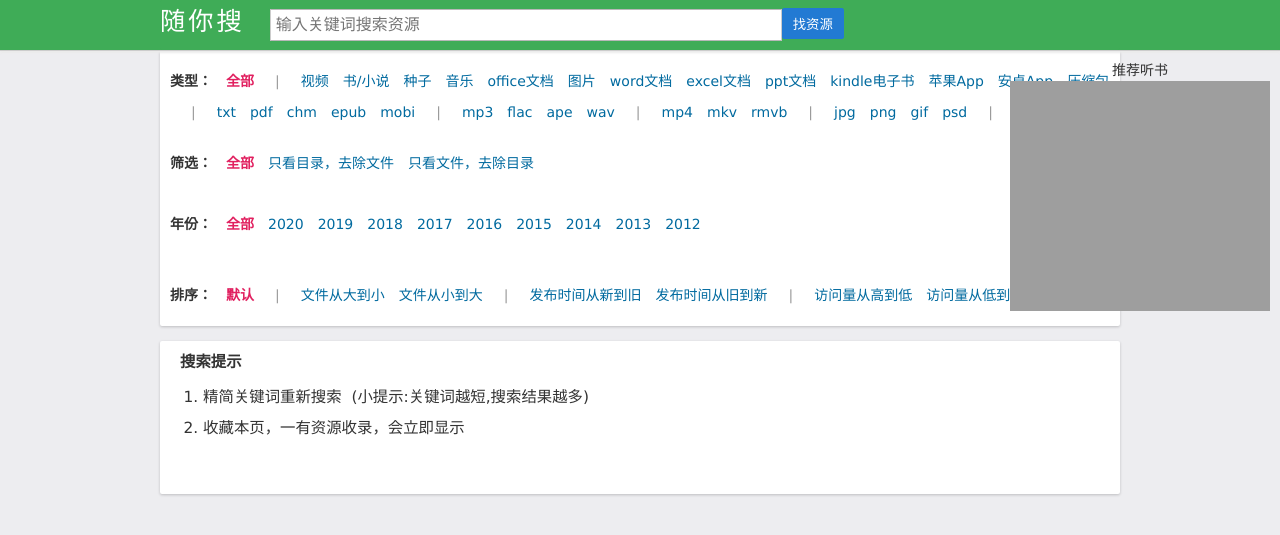
Repository: youngsailsail/nodeStudy
Page: / (app in 爬虫/前端vue/search-book/)
An editor plug-in stored every save of this project. The page is shown before and after the next save, followed by the edit.
The browser window is 1280 px wide. The pictures show the whole page.
Pictures or frames that could not be fetched are drawn as grey boxes. The project was rebuilt for these pictures with package versions that can differ from the ones it lists, and the page was loaded fresh each time. Also part of the build but not shown: 爬虫/前端vue/search-book/vue.config.js.

Above is the page before, as saved 2020-05-09 22:48:30.

### 爬虫/前端vue/search-book/src/App.vue
<template>
  <div id="app">
    <Search />
    <FilterBook />
    <List />
  </div>
</template>

<script>
import Search from "./components/Search.vue";
import FilterBook from "./components/FilterBook.vue";
import List from "./components/List.vue";

export default {
  name: "App",
  components: {
    Search,
    FilterBook,
    List
  }
};
</script>

<style>
@import "./assets/css/screen.css";
@import "./assets/css/app.css";
</style>

### 爬虫/前端vue/search-book/src/assets/css/screen.css
/* reset.css */
html {margin:0;padding:0;border:0;}
body, div, span, object, iframe, h1, h2, h3, h4, h5, h6, p, blockquote, pre, a, abbr, acronym, address, code, del, dfn, em, img, q, dl, dt, dd, ol, ul, li, fieldset, form, label, legend, table, caption, tbody, tfoot, thead, tr, th, td, article, aside, dialog, figure, footer, header, hgroup, nav, section {margin:0;padding:0;border:0;font-size:100%;font:inherit;vertical-align:baseline;}
body {line-height:1.5;background:white;}
table {border-collapse:separate;border-spacing:0;}
caption, th, td {text-align:left;font-weight:normal;float:none !important;}
table, th, td {vertical-align:middle;}
blockquote:before, blockquote:after, q:before, q:after {content:'';}
blockquote, q {quotes:"" "";}
a img {border:none;}
:focus {outline:0;}

/* typography.css */
html {font-size:100.01%;}
body {font-size:75%;color:#222;background:#fff;font-family:"Helvetica Neue", Arial, Helvetica, sans-serif;}
a {color:#336699;text-decoration:none;}
a:focus, a:hover {color:#fff;background-color:#336699;}
h1, h2, h3, h4, h5, h6 {font-weight:normal;color:#111;}
h1 {font-size:3em;line-height:1;margin-bottom:0.5em;}
h2 {font-size:2em;margin-bottom:0.75em;}
h3 {font-size:1.5em;line-height:1;margin-bottom:1em;}
h4 {font-size:1.2em;line-height:1.25;margin-bottom:1.25em;}
h5 {font-size:1em;font-weight:bold;margin-bottom:1.5em;}
h6 {font-size:1em;font-weight:bold;}
h1 img, h2 img, h3 img, h4 img, h5 img, h6 img {margin:0;}
p {margin:0 0 1.5em;}
p .left {margin:1.5em 1.5em 1.5em 0;padding:0;}
p .right {margin:1.5em 0 1.5em 1.5em;padding:0;}
img.left {float:left;margin:1.5em 1.5em 1.5em 0;padding:0;}
img.right {float:right;margin:1.5em 0 1.5em 1.5em;}
blockquote {margin:1.5em;color:#666;font-style:italic;}
strong,dfn {font-weight:bold;}
em, dfn {font-style:italic;}
sup, sub {line-height:0;}
abbr, acronym {border-bottom:1px dotted #666;}
address {margin:0 0 1.5em;font-style:italic;}
del {color:#666;}
pre {margin:1.5em 0;white-space:pre;}
pre, code, tt {font:1em 'andale mono', 'lucida console', monospace;line-height:1.5;}
li ul, li ol {margin:0;}
ul, ol {margin:0;}
ul {list-style-type:disc;}
ol {list-style-type:decimal;}
dl {margin:0 0 1.5em 0;}
dl dt {font-weight:bold;}
dd {margin-left:1.5em;}
table {width:100%;}
th {font-weight:bold;}
thead th {background:#c3d9ff;}
th, td, caption {padding:4px 10px 4px 5px;}
tr.even td {background:#e5ecf9;}
tfoot {font-style:italic;}
caption {background:#eee;}

/* forms.css */
label {font-weight:bold;}
fieldset {padding:0 1.4em 1.4em 1.4em;margin:0 0 1.5em 0;border:1px solid #e0e0e0;}
legend {font-weight:bold;font-size:1.2em;margin-top:-0.2em;margin-bottom:1em;}
fieldset, #IE8#HACK {padding-top:1.4em;}
legend, #IE8#HACK {margin-top:0;margin-bottom:0;}
input[type=text], input[type=password], input[type=url], input[type=email], input.text, input.title, textarea {background-color:#fff;border:1px solid #e0e0e0;color:#000;}
input[type=text]:focus, input[type=password]:focus, input[type=url]:focus, input[type=email]:focus, input.text:focus, input.title:focus, textarea:focus {border-color:#7FB9F8;}
select {background-color:#fff;border-width:1px;border-style:solid;}
input[type=text], input[type=password], input[type=url], input[type=email], input.text, input.title, textarea, select {margin:0.5em 0;}
textarea.text, textarea.title input.text, input.title {width:300px;padding:5px;}
textarea.title, input.title {font-size:1.5em;}
textarea {width:390px;height:250px;padding:5px;}
form.inline {line-height:3;}
form.inline p {margin-bottom:0;}

/* grid.css */
.container {width:990px;margin:0 auto;}
.column, div.span-1, div.span-2, div.span-3, div.span-4, div.span-5, div.span-6, div.span-7, div.span-8, div.span-9, div.span-10, div.span-11, div.span-12, div.span-13, div.span-14, div.span-15, div.span-16, div.span-17, div.span-18, div.span-19, div.span-20, div.span-21, div.span-22, div.span-23, div.span-24 {float:left;}
.last, div.last {margin:0 0 0 10px;}
.span-1 {width:50px;}
.span-2 {width:90px;}
.span-3 {width:130px;}
.span-4 {width:185px;}
.span-5 {width:210px;}
.span-6 {width:260px;}
.span-7 {width:290px;}
.span-8 {width:330px;}
.span-9 {width:370px;}
.span-10 {width:410px;}
.span-11 {width:435px;}
.span-12 {width:480px;}
.span-13 {width:515px;}
.span-14 {width:555px;}
.span-15 {width:595px;}
.span-16 {width:635px;}
.span-17 {width:675px;}
.span-18 {width:720px;}
.span-19 {width:770px;}
.span-20 {width:795px;}
.span-21 {width:835px;}
.span-22 {width:875px;}
.span-23 {width:915px;}
.span-24, div.span-24 {width:990px;margin:0;}
hr {background:#ddd;color:#ddd;clear:both;float:none;width:100%;height:.1em;margin:0 0 1.45em;border:none;}
hr.space {background:#fff;color:#fff;}
.container:after {content:"\0020";display:block;height:0;clear:both;visibility:hidden;overflow:hidden;}
.container {display:block;}

### 爬虫/前端vue/search-book/src/components/Search.vue
<template>
  <div class="top-fix-nav">
    <div class="container no-c-border">
      <span class="name">
        <a href="http://www.rufengso.net/">随你搜</a>
      </span>
      <form style="display:inline" @submit.prevent="submit">
        <input
          placeholder="输入关键词搜索资源"
          autocomplete="off"
          maxlength="255"
          type="text"
          class="title"
          name="n"
          v-model="searchTxt"
        />
        <input type="submit" class="s_btn" value="找资源" />
        <!-- <input type="checkbox" id="close_sug" class="sep-left1" checked="checked" />
        <span class="white small2">关闭搜索提示</span>-->
      </form>
    </div>
  </div>
</template>
<script>
import { mapActions } from "vuex";
export default {
  data() {
    return {
      searchTxt: ""
    };
  },
  methods: {
    ...mapActions(["getListData"]),
    submit(e) {
      if (!this.searchTxt) {
        alert("请先输入资源名称");
        return;
      }
      const query = {
        n: this.searchTxt,
        isSearch: true
      };
      this.getListData(query);
    }
  }
};
</script>

### 爬虫/前端vue/search-book/src/components/FilterBook.vue
<template>
  <div class="container sep15-">
    <div class="iframe">
      <div class="recommend">推荐听书</div>
      <iframe height="230" width="260" src="https://www.ximalaya.com/thirdparty/player/album/player.html?id=34013148&type=red" frameborder=0 allowfullscreen></iframe>
    </div>
    <div class="search-toolbox">
      <div class="sep sep1">
        <b>类型：</b>
        <a class="on sep1 isAll" rel="nofollow" data="f-">全部</a>
        <span class="sep">|</span>
        <a rel="nofollow" data="f-f4" title="搜索文件类型：mp4 mkv rmvb avi flv vob mpg">视频</a>
        <a rel="nofollow" data="f-f2" title="搜索文件类型：txt pdf chm rtf epub mobi azw azw3 kfx">书/小说</a>
        <a rel="nofollow" data="f-f5" title="搜索文件类型：torrent">种子</a>
        <a rel="nofollow" data="f-f3" title="搜索文件类型：mp3 flac ape wav">音乐</a>
        <a rel="nofollow" data="f-f1" title="搜索文件类型：doc docx xls xlsx ppt pptx wps">office文档</a>
        <a rel="nofollow" data="f-f6" title="搜索文件类型：jpg jpeg png gif bmp">图片</a>
        <a rel="nofollow" data="f-f7" title="搜索文件类型：doc docx">word文档</a>
        <a rel="nofollow" data="f-f8" title="搜索文件类型：xls xlsx">excel文档</a>
        <a rel="nofollow" data="f-f9" title="搜索文件类型：ppt pptx">ppt文档</a>
        <a rel="nofollow" data="f-f10" title="搜索文件类型：mobi azw azw3 kfx">kindle电子书</a>
        <a rel="nofollow" data="f-f11" title="搜索文件类型：ipa">苹果App</a>
        <a rel="nofollow" data="f-f12" title="搜索文件类型：apk">安卓App</a>
        <a rel="nofollow" data="f-f13" title="搜索文件类型：zip rar 7z gzip tar gz bz2">压缩包</a>
        <span class="sep">|</span>
        <a rel="nofollow" data="f-txt">txt</a>
        <a rel="nofollow" data="f-pdf">pdf</a>
        <a rel="nofollow" data="f-chm">chm</a>
        <a rel="nofollow" data="f-epub">epub</a>
        <a rel="nofollow" data="f-mobi">mobi</a>
        <span class="sep">|</span>
        <a rel="nofollow" data="f-mp3">mp3</a>
        <a rel="nofollow" data="f-flac">flac</a>
        <a rel="nofollow" data="f-ape">ape</a>
        <a rel="nofollow" data="f-wav">wav</a>
        <span class="sep">|</span>
        <a rel="nofollow" data="f-mp4">mp4</a>
        <a rel="nofollow" data="f-mkv">mkv</a>
        <a rel="nofollow" data="f-rmvb">rmvb</a>
        <span class="sep">|</span>
        <a rel="nofollow" data="f-jpg">jpg</a>
        <a rel="nofollow" data="f-png">png</a>
        <a rel="nofollow" data="f-gif">gif</a>
        <a rel="nofollow" data="f-psd">psd</a>
        <span class="sep">|</span>
        <a rel="nofollow" data="f-rar">rar</a>
        <a rel="nofollow" data="f-zip">zip</a>
        <a rel="nofollow" data="f-7z">7z</a>
      </div>
      <div class="sep sep2">
        <b>筛选：</b>
        <a class="on sep2 isAll" rel="nofollow" data="nd-">全部</a>
        <a rel="nofollow" data="nd-d">只看目录，去除文件</a>
        <a rel="nofollow" data="nd-f">只看文件，去除目录</a>
      </div>
      <div class="sep sep3">
        <b>年份：</b>
        <a class="on sep3 isAll" rel="nofollow" data="y-" title="只看全部年分享的资源">全部</a>
        <a rel="nofollow" data="y-2020" title="只看2020年分享的资源">2020</a>
        <a rel="nofollow" data="y-2019" title="只看2019年分享的资源">2019</a>
        <a rel="nofollow" data="y-2018" title="只看2018年分享的资源">2018</a>
        <a rel="nofollow" data="y-2017" title="只看2017年分享的资源">2017</a>
        <a rel="nofollow" data="y-2016" title="只看2016年分享的资源">2016</a>
        <a rel="nofollow" data="y-2015" title="只看2015年分享的资源">2015</a>
        <a rel="nofollow" data="y-2014" title="只看2014年分享的资源">2014</a>
        <a rel="nofollow" data="y-2013" title="只看2013年分享的资源">2013</a>
        <a rel="nofollow" data="y-2012" title="只看2012年分享的资源">2012</a>
      </div>
      <div class="sep sep4">
        <b>排序：</b>
        <a class="on sep4 isAll" rel="nofollow" data="s-" isAll>默认</a>
        <span class="sep">|</span>
        <a rel="nofollow" data="s-size1">文件从大到小</a>
        <a rel="nofollow" data="s-size2">文件从小到大</a>
        <span class="sep">|</span>
        <a rel="nofollow" data="s-feedtime1">发布时间从新到旧</a>
        <a rel="nofollow" data="s-feedtime2">发布时间从旧到新</a>
        <span class="sep">|</span>
        <a rel="nofollow" data="s-vcnt1">访问量从高到低</a>
        <a rel="nofollow" data="s-vcnt2">访问量从低到高</a>
      </div>
    </div>
  </div>
</template>
<script>
import { mapState, mapActions, mapMutations } from "vuex";
export default {
  data() {
    return {
      queryObj: {}
    };
  },
  computed: {
    ...mapState(["listData"])
  },
  mounted() {
    let that = this;
    document.querySelectorAll(".search-toolbox a").forEach(element => {
      element.addEventListener("click", function() {
        let parentClass = this.parentNode.classList[1];
        let selectClass = `.on.${parentClass}`;
        if (document.querySelector(selectClass)) {
          document
            .querySelector(selectClass)
            .classList.remove("on", parentClass);
        }
        this.classList.add("on", parentClass);
        let [key, val] = this.getAttribute("data").split("-");
        that.queryObj = {
          ...that.queryObj,
          [key]: val
        };
        that.getData();
      });
    });
  },
  watch: {
    listData(newVal, oldVal) {
      if (!newVal) return;
      const { isSearch } = newVal;
      if (isSearch) {
        this.queryObj = {};
        this.setQueryObj({});
        this.$forceUpdate();
        document.querySelectorAll("a.on").forEach(element => {
          let parentClass = element.parentNode.classList[1];
          element.classList.remove("on", parentClass);
        });
        document.querySelectorAll("a.isAll").forEach(element => {
          let parentClass = element.parentNode.classList[1];
          element.classList.add("on", parentClass);
        });
      }
    }
  },
  methods: {
    ...mapActions(["getListData"]),
    ...mapMutations(["setQueryObj"]),
    getData() {
      let query = {
        n: this.listData.bookName,
        isFilter: true,
        ...this.queryObj
      };
      this.setQueryObj(query);
      if (!this.listData.bookName) return;
      this.getListData(query);
    }
  }
};
</script>
<style lang="scss" scoped>
.container {
  position: relative;
}
.iframe {
  position: fixed;
  right: 10px;
  top: 60px;
  text-align: center;
}
.container {
  padding-top: 51px;
}
.search-toolbox a {
  cursor: pointer;
  text-decoration: none;
}
</style>

### 爬虫/前端vue/search-book/src/components/List.vue
<template>
  <div class="container" v-if="listData">
    <div class="search-page">
      <div v-if="listData.bookName">
        随你搜为您找到
        <h1 class="inline">
          <span class="red sep-both05 bold">{{listData.bookName}}</span>相关的网盘资源
        </h1>
        <span class="red sep-both05 bold">{{listData.count}}</span>条
      </div>
      <div class="row" style="background-color: white;" v-for="(item,index) in listData.list" :key="index">
        <h3>
          <a @click="toDetail(item)" :title="item.title" @click.prevent="getSource(item)" class="box-title">
            <span class="highlight">{{item.title}}</span>
          </a>
        </h3>
        <p>
          <img :title="item.type" width="16" height="16" :src="item.src" />&nbsp;&nbsp;
          <span class="size">{{item.size}}</span>
          <span class="small">由{{item.author}} &nbsp; ---- &nbsp;于{{item.date}}发布</span>
        </p>
      </div>
      <div class="page-list" v-if="listData.bookName && listData.count">
        <button title="上一页" :disabled="currentPage==1" @click.prevent="toGetData(currentPage-1)">上一页</button>
        <span class="current">&nbsp;&nbsp;第{{currentPage}}页&nbsp;&nbsp;</span>
        <button title="下一页" :disabled="currentPage==pageCount" @click.prevent="toGetData(currentPage+1)">下一页</button>&nbsp;
        <a v-show="pageCount>1&&currentPage<pageCount" title="尾页" @click.prevent="toGetData(pageCount)">尾页</a>
        <a v-show="pageCount>1&&currentPage==pageCount" title="首页" @click.prevent="toGetData(1)">首页</a>
        <br />跳页&nbsp;
        <input name="custompage" class="custompage" title="输入页码，按回车快速跳转" type="number" v-model.trim="size" @keydown.enter="toGetData(size)" :max="pageCount" :min="1" /> &nbsp;/{{pageCount}}页&nbsp;&nbsp;
        <span class="pcount">共{{pageCount}}页&nbsp;&nbsp;</span>
        <span class="total">{{listData.count}}项&nbsp;&nbsp;</span>&nbsp;&nbsp;
        <span v-if="size>pageCount" class="highlight">输入值最大为{{pageCount}}</span>
      </div>
      <div class="search-page" v-else>
        <div class="sep large" style="padding-top:10px">
          <b>搜索提示</b>
          <ol>
            <li>精简关键词重新搜索&nbsp;&nbsp;(小提示:关键词越短,搜索结果越多)</li>
            <li>收藏本页，一有资源收录，会立即显示</li>
          </ol>
        </div>
        <br class="bothall" />
      </div>
    </div>
    <div style="margin-top:30px"></div>
  </div>
</template>
<script>
import { mapState, mapActions } from "vuex";
export default {
  data() {
    return {
      currentPage: 1,
      size: 1,
      source: null
    };
  },
  computed: {
    ...mapState(["listData", "queryObj"]),
    pageCount() {
      return Math.ceil(this.listData.count / 30);
    }
  },
  methods: {
    ...mapActions(["getListData"]),
    toGetData(index) {
      if (index > this.pageCount) {
        return;
      }
      this.currentPage = index;
      if (!this.listData.bookName) return;
      const query = {
        ...this.queryObj,
        n: this.listData.bookName,
        pageIndex: index,
        isFilter: false
      };
      this.getListData(query);
    },
    async toDetail(item) {
      let { url } = await this.$api.get("/getBookUrl", {
        params: {
          href: item.href
        }
      });
      var arg =
        '\u003cscript\u003elocation.replace("' + url + '")\u003c/script\u003e';
      window.open("javascript:window.name;", arg);
    }
    // cancel() {
    //   this.source.cancel("这里你可以输出一些信息，可以在catch中拿到");
    // }
  },
  watch: {
    listData(newVal, oldVal) {
      if (!newVal) return;
      const { isFilter, isSearch } = newVal;
      if (isFilter || isSearch) {
        this.currentPage = 1;
        this.size = 1;
      }
    }
  }
};
</script>
<style lang="scss" scoped>
.activeBtn {
  background-color: #227ad3;
  color: white;
}
.page-list {
  a {
    text-decoration: none;
    cursor: pointer;
  }
}
.custompage {
  padding-left: 5px;
  width: 50px;
  text-align: center;
}
.small {
  margin-left: 20px;
}
.box-title {
  cursor: pointer;
  width: 80%;
  display: inline-block;
  overflow: hidden; //超出的文本隐藏
  text-overflow: ellipsis; //溢出用省略号显示
  white-space: nowrap;
}
</style>

Loaded but not shown: 爬虫/前端vue/search-book/public/index.html (common file); 爬虫/前端vue/search-book/src/util/http.js (53 lines, source omitted); 爬虫/前端vue/search-book/src/store/index.js (39 lines, source omitted); 爬虫/前端vue/search-book/src/main.js (11 lines, source omitted); 爬虫/前端vue/search-book/src/assets/css/app.css (1467 lines, source omitted)

After the next save:
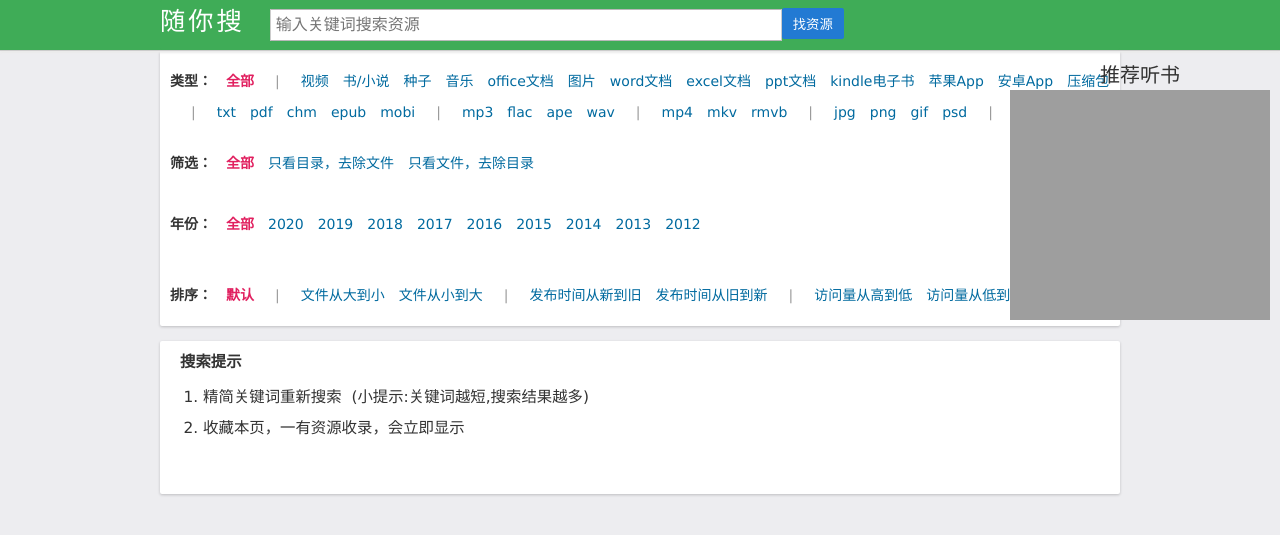
Saved 17 s later.
--- a/爬虫/前端vue/search-book/src/components/FilterBook.vue
+++ b/爬虫/前端vue/search-book/src/components/FilterBook.vue
@@ -158,6 +158,9 @@ export default {
   right: 10px;
   top: 60px;
   text-align: center;
+  .recommend {
+    font-size: 20px;
+  }
 }
 .container {
   padding-top: 51px;
